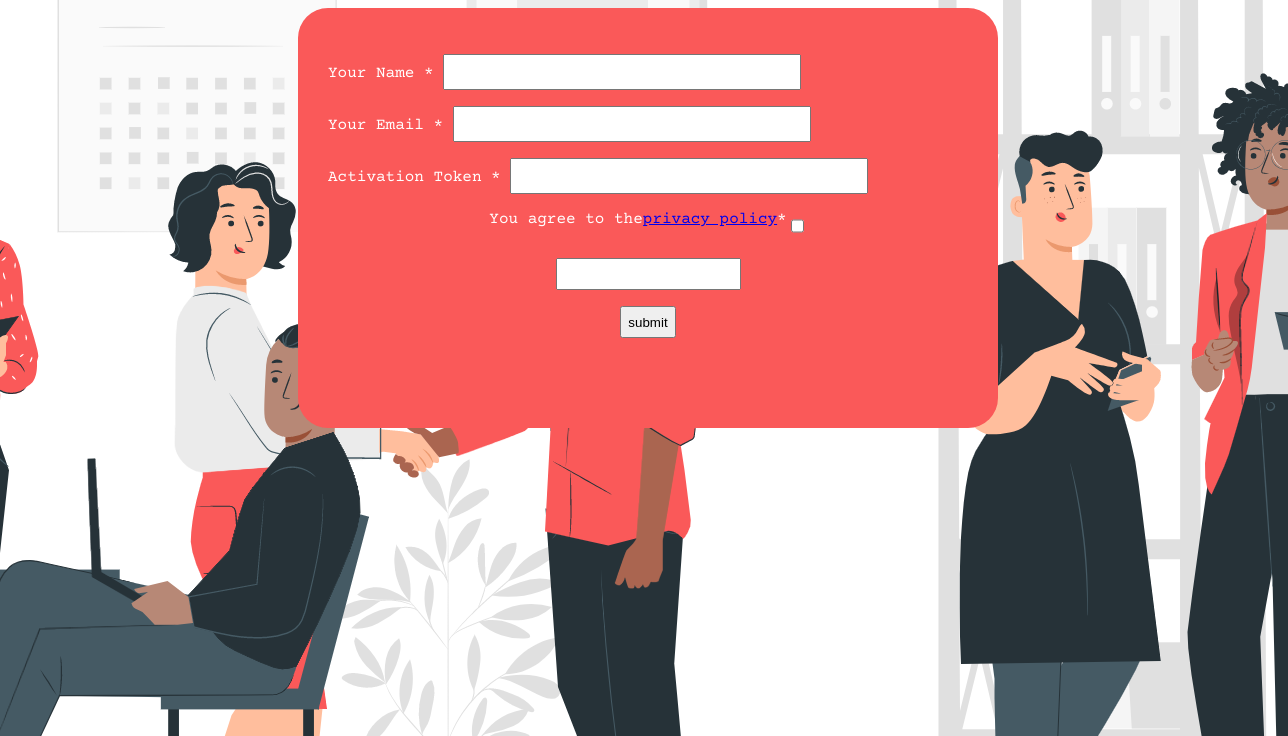
Repository: Rachael4life/Assignment-1
Page: starter-code/src/index.html
The author's editor kept a copy of each file at every save. The page is drawn from the files as they stood at one save, then again after a run of saves.
The browser window is 1280 px wide. The page is 1288 px wide, so the pictures cover 1288 px, including what lies to the right of the window. The pictures show the whole page.

Above is the page before, as saved 2022-02-25 15:42:02.

### starter-code/src/index.html
<!DOCTYPE html>
<html lang="en">
<head>
    <meta charset="UTF-8">
    <meta http-equiv="X-UA-Compatible" content="IE=edge">
    <meta name="viewport" content="width=device-width, initial-scale=1.0">
    <link rel="stylesheet" href="style.css">
    <link rel="preconnect" href="https://fonts.googleapis.com">
<link rel="preconnect" href="https://fonts.gstatic.com" crossorigin>
    <link href="https://fonts.googleapis.com/css2?family=Courier+Prime&display=swap" rel="stylesheet">
    <title>Assignment 1</title>
</head>
<body>
    <div id="ramyeon">

        <form class="kimchi">
            <div> <p></p>
                <label for="name">Your Name <span class="asteric">*</span></label>
                <input class="formgroup" type="text" name="name" id="name" placeholder="">
            </div>
            <div> <p></p>
                <label for="email">Your Email <span class="asteric">*</span> </label>
                <input class="formgroup" type="text" name="email" id="email" placeholder="">
            </div>
            <div> <p></p>
                <label for="password">Activation Token <span class="asteric">*</span> </label>
                <input class="formgroup" type="password" name="activation token" id="name" placeholder="">
            </div>
           <p></p>
            <div id="water"><p></p>
                You agree to the <a href="privacy policy"> privacy policy</a> * <input type="checkbox">
            </div>
            <p></p>
            <div id="beef"><p></p>
                <input type="text">
            </div>
            <p></p>
            <div id="gogi"><p></p>
                <button type="button">submit</button>
            </div>
        </form>
    </div>
</body>
</html>

### starter-code/src/style.css
body {
    color: white;
    font-family: 'Courier Prime', monospace;
    width: 100vw;
    height: 100vh;
    background-image: url("img.png");
    background-position: 1000%;
}
form {
    background-color: #fa5959;
    font-size: 16px;
    width: 50%;
    height: 50%;
    padding: 30px;
    border-radius: 30px;
}
#ramyeon {
    display: flex;
    justify-content: center;
    align-content: space-between;
    width: 100%;
    height: 100%;
}
#beef {
    align-content: center;
    justify-content: center;
    display: flex;
}
#gogi {
    display: flex;
    justify-content: center;
    align-content:center;
}
#water {
    align-content: center;
    justify-content: center;
    display:flex;
}
.formgroup {
    width: 350px;
    height: 30px;
}

After the next 2 saves:
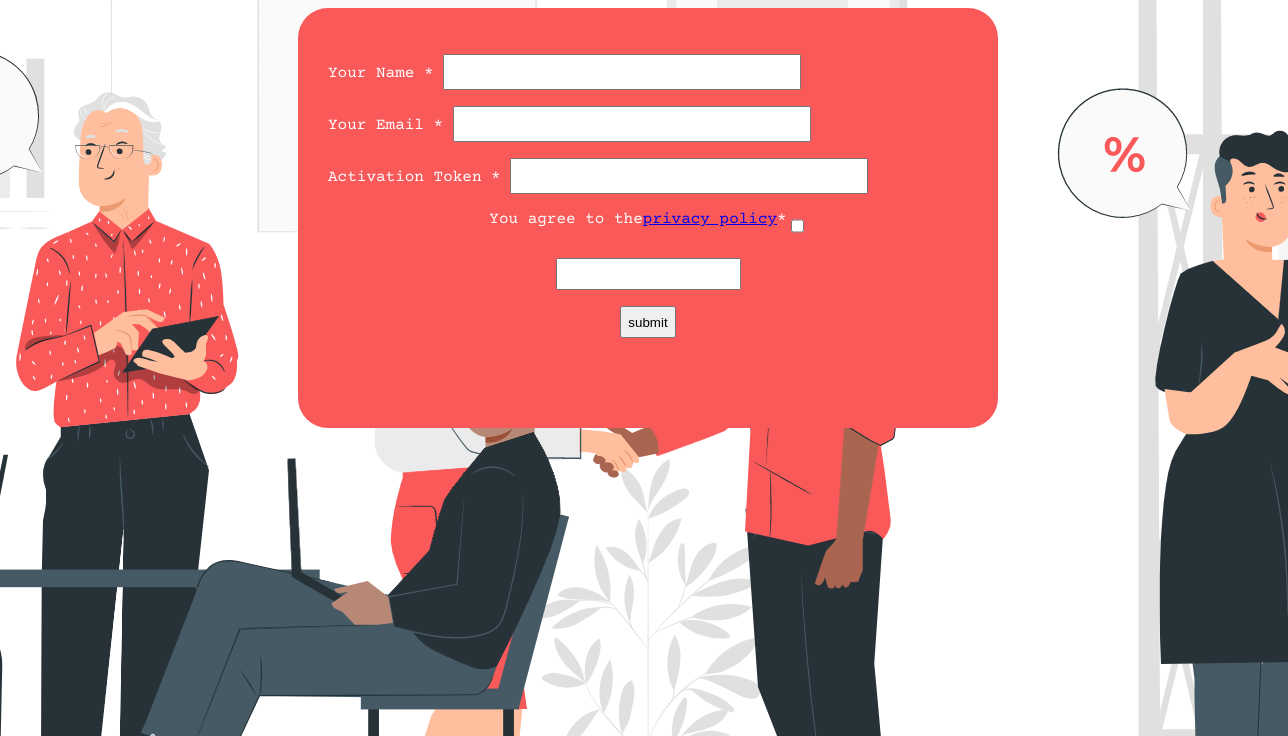
The 2 saves are shown as one change because they came seconds apart.
The last was saved 13 s later.
--- a/starter-code/src/style.css
+++ b/starter-code/src/style.css
@@ -4,7 +4,7 @@ body {
     width: 100vw;
     height: 100vh;
     background-image: url("img.png");
-    background-position: 1000%;
+    background-position: 1000px;
 }
 form {
     background-color: #fa5959;
